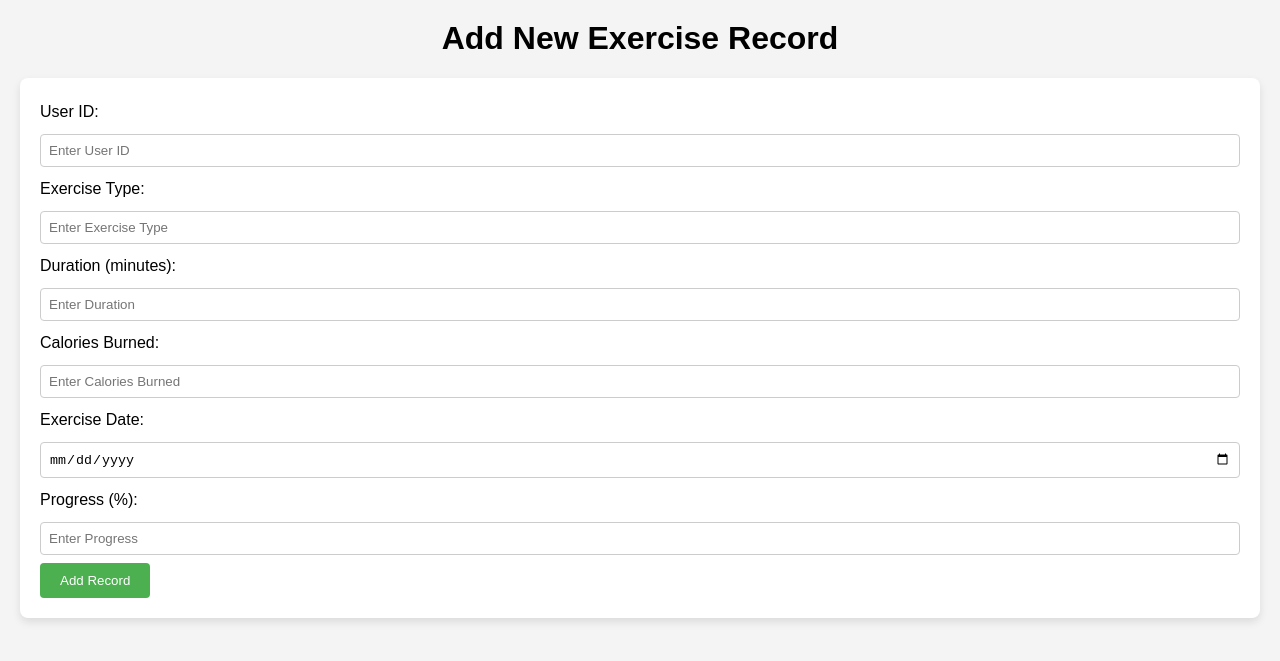
Repository: zilxhasu/eeit94-topic2
Page: http://localhost/topic2/jsp/addExerciseRecord.jsp
An editor plug-in stored every save of this project. The page is shown before and after the next save, followed by the edit.
The browser window is 1280 px wide. The pictures show the whole page.
The page is served by Tomcat 10. Nobody is signed in. The application's start-up code is not run.

Above is the page before, as saved 2025-02-22 08:32:13.

After the next save:
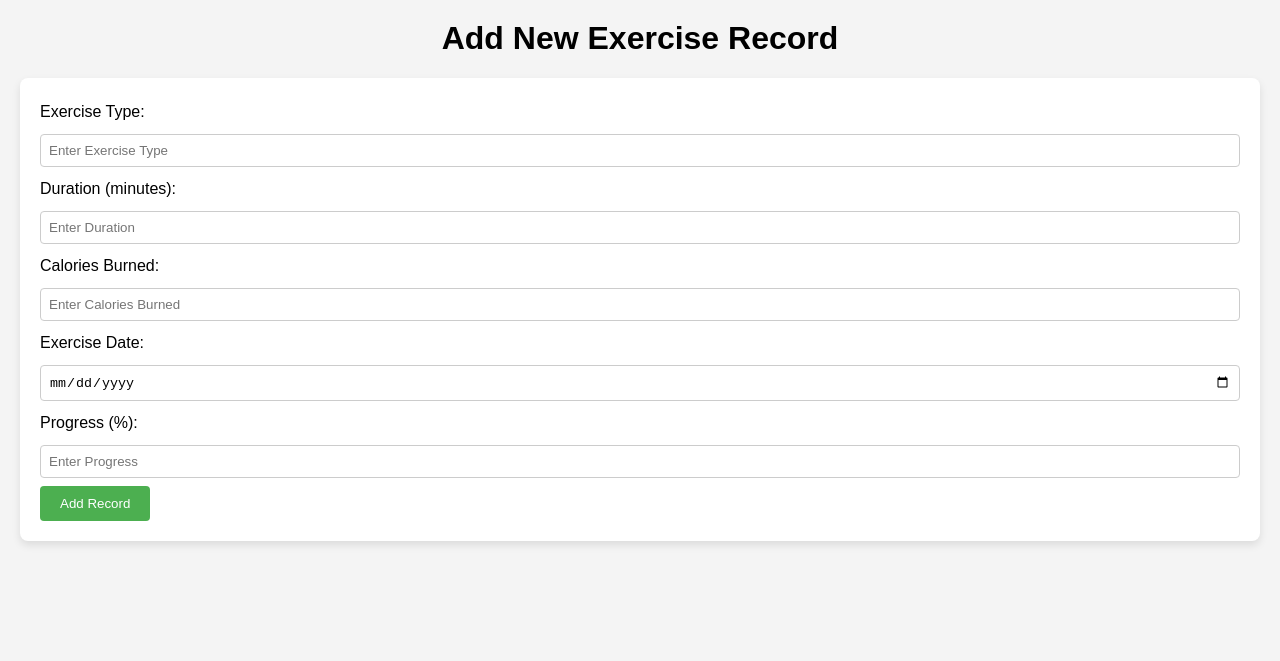
Saved 3 min 28 s later.
--- a/topic2/src/main/webapp/jsp/addExerciseRecord.jsp
+++ b/topic2/src/main/webapp/jsp/addExerciseRecord.jsp
@@ -63,9 +63,8 @@
     <!-- 用戶輸入 User ID -->
     <form action="../ExerciseRecordServlet" method="post">
         <input type="hidden" name="action" value="add">
-
-        <label>User ID:</label>
-        <input type="number" name="userId" required placeholder="Enter User ID" value="${userId}">
+   <!-- 隱藏欄位傳遞 userId -->
+        <input type="hidden" name="userId" value="${userId}">
 
         <label>Exercise Type:</label>
         <input type="text" name="exerciseType" required placeholder="Enter Exercise Type">
